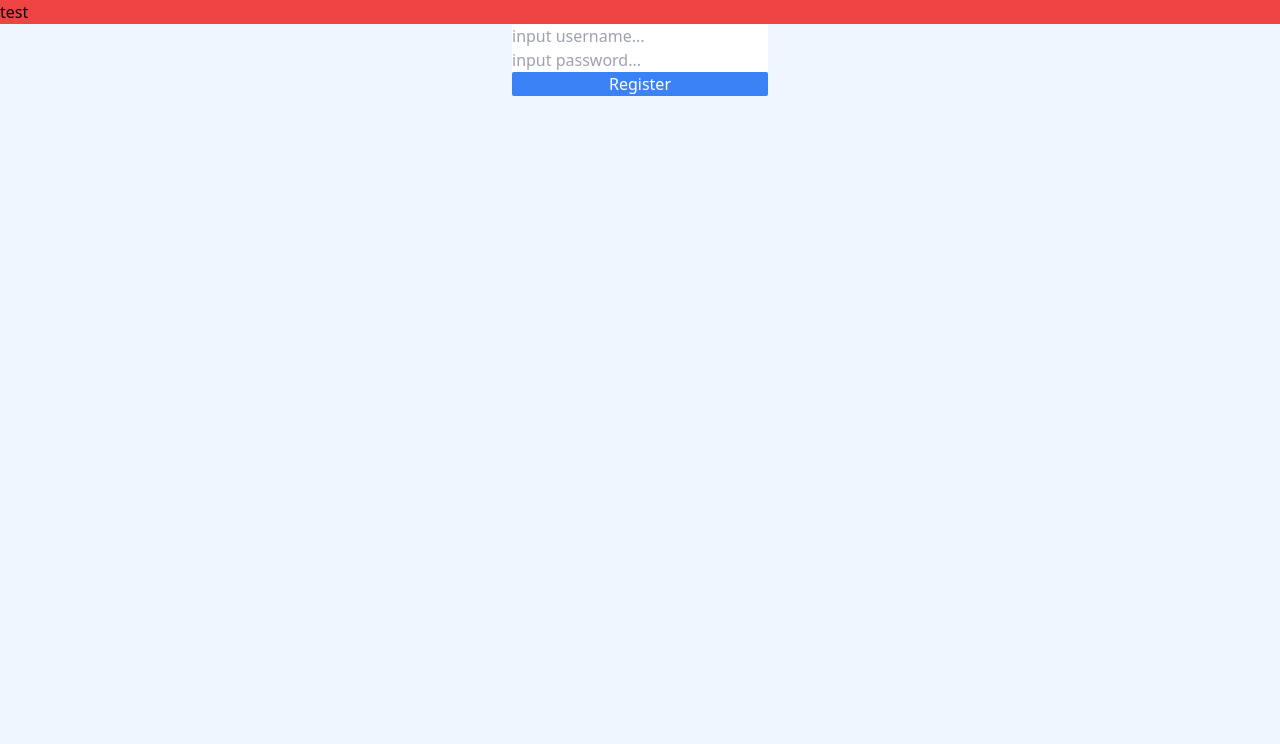
Repository: HAONANTAO/MERN_chat_app
Page: / (app in client/)
The author's editor kept a copy of each file at every save. The page is drawn from the files as they stood at one save, then again after the next save.
The browser window is 1280 px wide. The pictures show the whole page.
The project was rebuilt for these pictures with package versions that can differ from the ones it lists, and the page was loaded fresh each time. Also part of the build but not shown: client/vite.config.js.

Above is the page before, as saved 2024-03-18 15:27:32.

### client/src/App.jsx
import Register from "./Register";

function App() {
  return (
    <>
      <div className="bg-red-500">test</div>
      <Register></Register>
    </>
  );
}

export default App;

### client/src/Register.jsx
import React from "react";

const Register = () => {
  return (
    <div className="bg-blue-50 h-screen">
      {/* margin auto == center */}
      <form className="w-64 mx-auto">
        <input
          type="text"
          placeholder="input username..."
          className="block w-full"></input>
        <input
          type="password"
          placeholder="input password..."
          className="block w-full"></input>
        <button className="bg-blue-500 text-white block w-full rounded-sm">
          Register
        </button>
      </form>
    </div>
  );
};

export default Register;

### client/tailwind.config.js
/** @type {import('tailwindcss').Config} */
export default {
  content: ["./src/*.jsx"],
  theme: {
    extend: {},
  },
  plugins: [],
};

Loaded but not shown: client/index.html (common file); client/src/main.jsx (common file); client/src/index.css (common file)

After the next save:
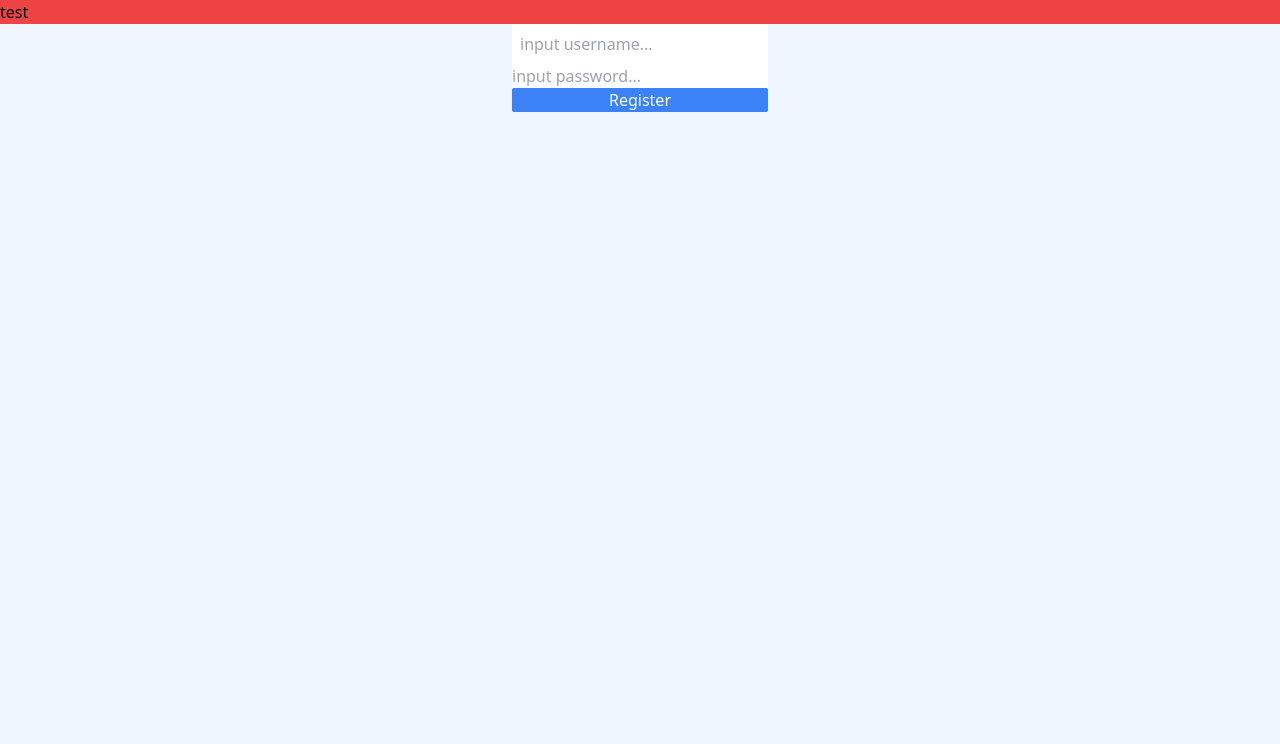
Saved 18 s later.
--- a/client/src/Register.jsx
+++ b/client/src/Register.jsx
@@ -8,7 +8,7 @@ const Register = () => {
         <input
           type="text"
           placeholder="input username..."
-          className="block w-full"></input>
+          className="block w-full rounded-sm p-2"></input>
         <input
           type="password"
           placeholder="input password..."
